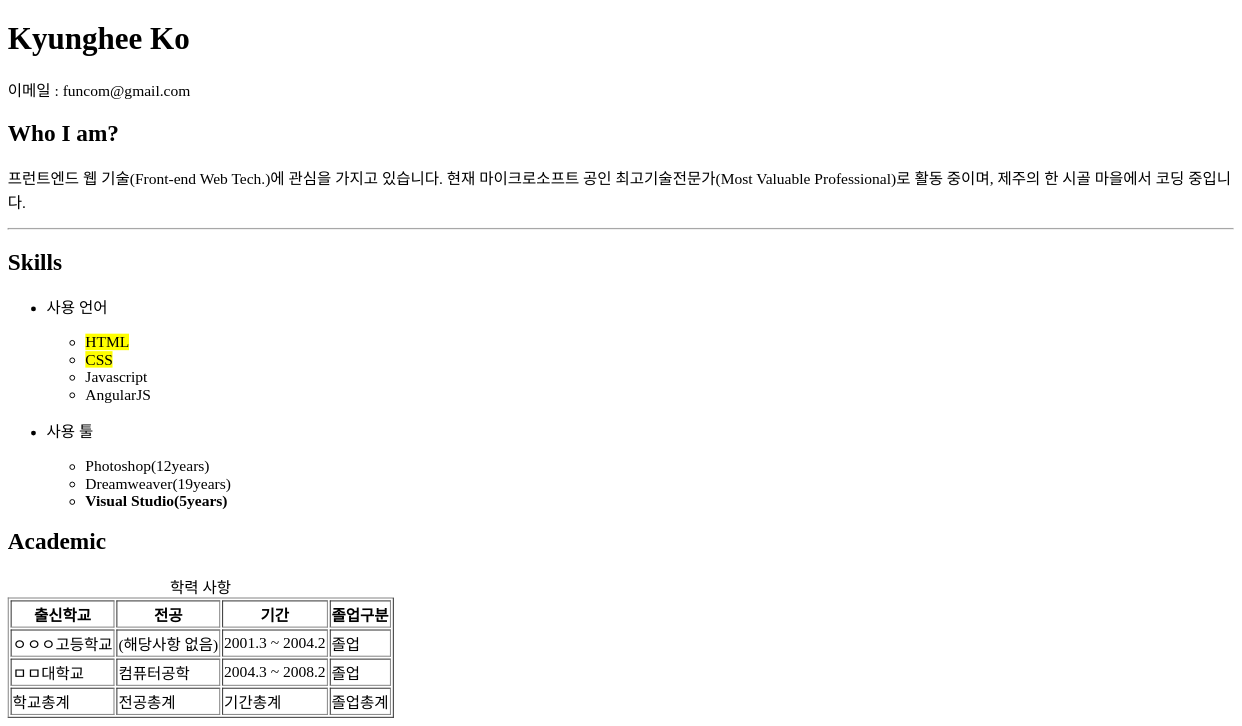
Repository: seulhwangbo/SeulJSP
Page: jspSrc17/webStandard01/src/main/webapp/02/resume.html
An editor plug-in stored every save of this project. The page is shown before and after the next save, followed by the edit.
The browser window is 1280 px wide. The pictures show the whole page, at 97% of full size.

Above is the page before, as saved 2024-06-13 07:50:47.

After the next save:
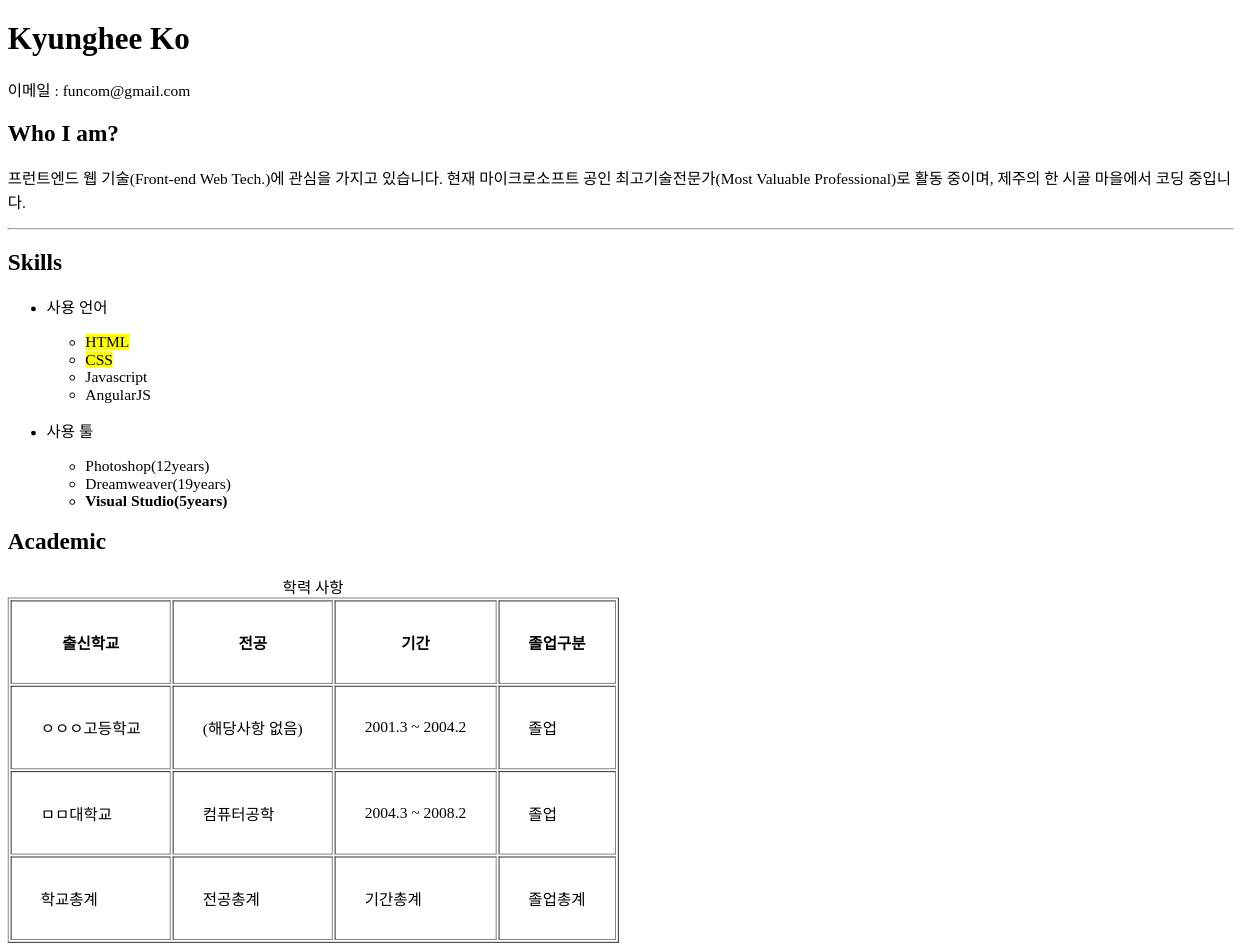
Saved 87 s later.
--- a/jspSrc17/webStandard01/src/main/webapp/02/resume.html
+++ b/jspSrc17/webStandard01/src/main/webapp/02/resume.html
@@ -4,7 +4,14 @@
 <meta charset="UTF-8">
 <title>Insert title here</title>
 <style type="text/css">
-
+table, th, td{
+border : "3px;"
+}
+th,td {
+padding : 30px;
+}
+thead,tfoot{
+background-color: white}
 </style>
 </head>
 <body>
